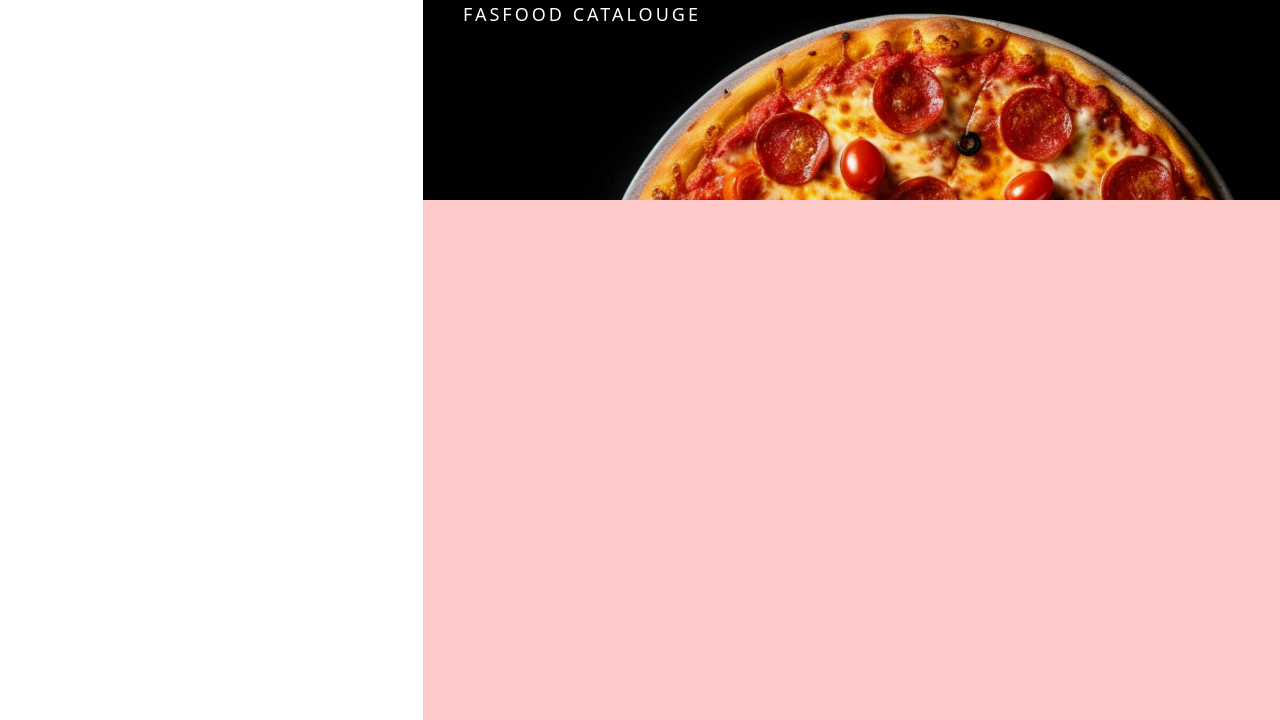
Repository: zahranaserii/FastFoodProject
Page: /
An editor plug-in stored every save of this project. The page is shown before and after the next save, followed by the edit.
The browser window is 1280 px wide. The pictures show the whole page.
The project was rebuilt for these pictures with package versions that can differ from the ones it lists, and the page was loaded fresh each time.

Above is the page before, as saved 2023-11-17 11:30:04.

### public/index.html
<!DOCTYPE html>
<html lang="fa" dir="rtl">
  <head>
    <meta charset="utf-8" />
    <meta name="viewport" content="width=device-width, initial-scale=1" />
    <meta name="theme-color" content="#000000" />
    <meta
      name="description"
      content="Web site created using create-react-app"
    />
    <link rel="apple-touch-icon" href="%PUBLIC_URL%/logo192.png" />
    <!--
      manifest.json provides metadata used when your web app is installed on a
      user's mobile device or desktop. See https://developers.google.com/web/fundamentals/web-app-manifest/
    -->
    <link rel="manifest" href="%PUBLIC_URL%/manifest.json" />
    <!--
      Notice the use of %PUBLIC_URL% in the tags above.
      It will be replaced with the URL of the `public` folder during the build.
      Only files inside the `public` folder can be referenced from the HTML.

      Unlike "/favicon.ico" or "favicon.ico", "%PUBLIC_URL%/favicon.ico" will
      work correctly both with client-side routing and a non-root public URL.
      Learn how to configure a non-root public URL by running `npm run build`.
    -->
    <title>React App</title>
  </head>
  <body>
    <noscript>You need to enable JavaScript to run this app.</noscript>
    <div id="root"></div>
    <!--
      This HTML file is a template.
      If you open it directly in the browser, you will see an empty page.

      You can add webfonts, meta tags, or analytics to this file.
      The build step will place the bundled scripts into the <body> tag.

      To begin the development, run `npm start` or `yarn start`.
      To create a production bundle, use `npm run build` or `yarn build`.
    -->
  </body>
</html>

### src/App.js
import "./App.css";
import Header from "./Header/Header";

function App() {
  return (
    <div className="bg-red-200 max-w-5xl container">
      <Header />
    </div>
  );
}

export default App;

### src/Header/Header.jsx
import React from "react";
import "./header.css";
const Header = () => {
  return (
    <header className="bg-cover">
      <div className="px-10">
        <h1 className="text-white text-lg text-end uppercase">
          fasfood catalouge
        </h1>
      </div>
    </header>
  );
};

export default Header;

### src/Header/header.css
header {
  height: 200px;
  background: url("../assets/images/of-pizza-with-no-background-free-photo.jpg");
  letter-spacing: 3px;
}

Loaded but not shown: src/index.js (common file); src/index.css (common file); src/App.css (common file); tailwind.config.js (common file)

After the next save:
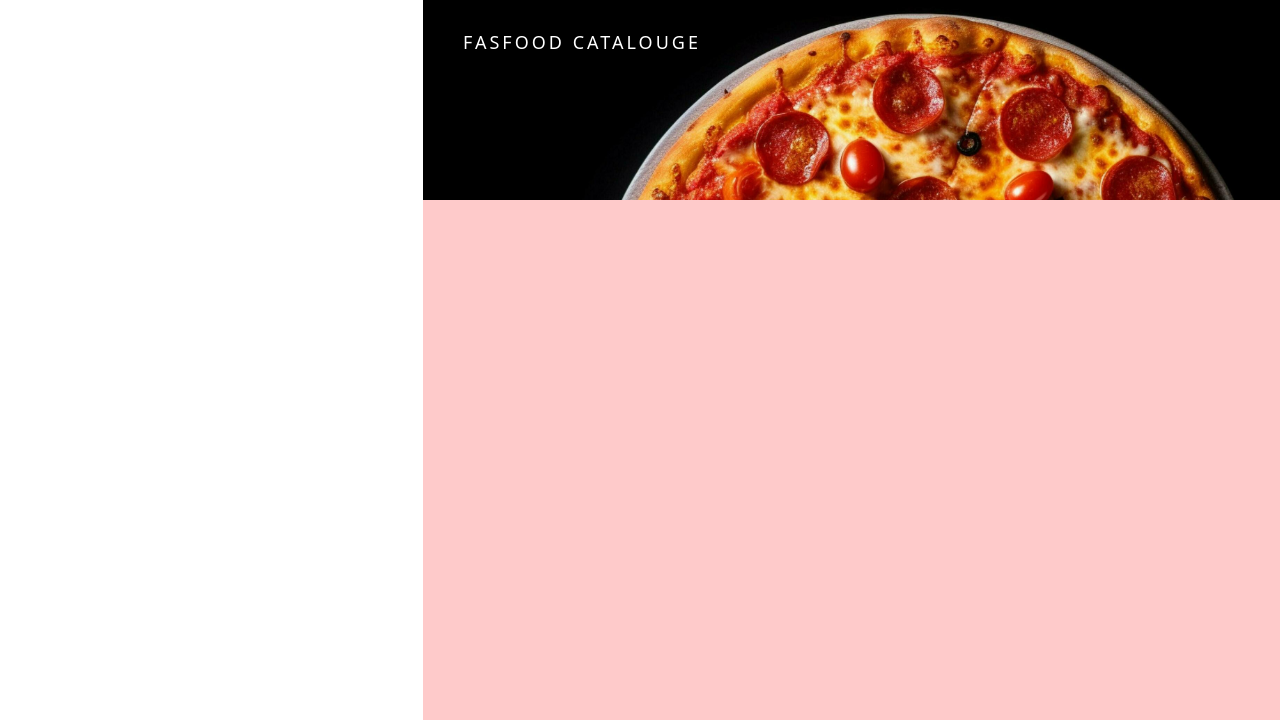
Saved 13 s later.
--- a/src/Header/Header.jsx
+++ b/src/Header/Header.jsx
@@ -3,7 +3,7 @@ import "./header.css";
 const Header = () => {
   return (
     <header className="bg-cover">
-      <div className="px-10">
+      <div className="px-10 pt-7">
         <h1 className="text-white text-lg text-end uppercase">
           fasfood catalouge
         </h1>
